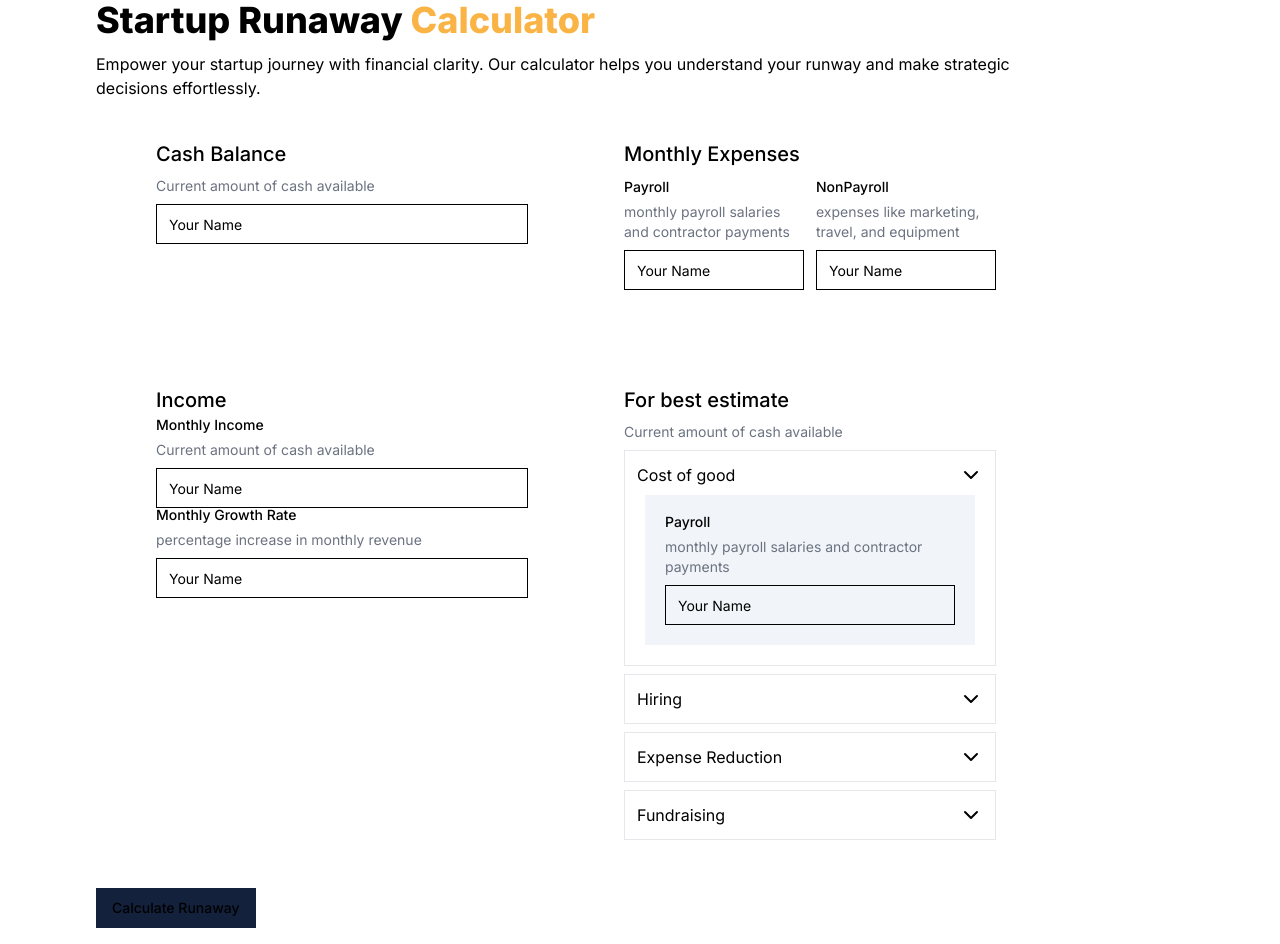
Repository: wossenF/startup-runaway-calculator
Page: /
An editor plug-in stored every save of this project. The page is shown before and after the next save, followed by the edit.
The browser window is 1280 px wide. The pictures show the whole page.
The project was rebuilt for these pictures with package versions that can differ from the ones it lists, and the page was loaded fresh each time. The framework's server and built-in components were replaced by stand-ins that run in the browser. Also part of the build but not shown: next.config.mjs.

Above is the page before, as saved 2024-04-08 14:01:32.

After the next save:
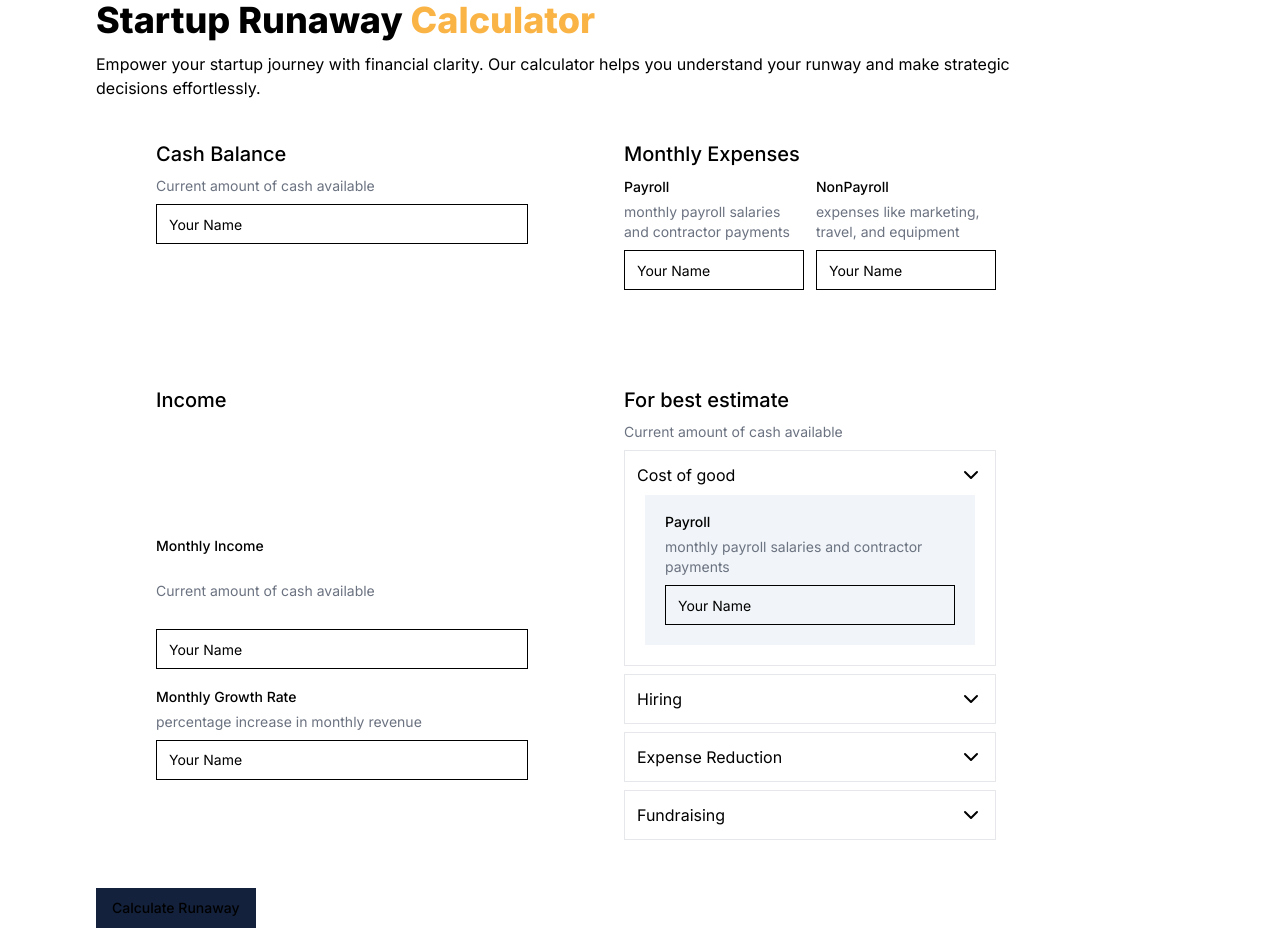
Saved 12 s later.
--- a/src/components/UserInput.tsx
+++ b/src/components/UserInput.tsx
@@ -41,7 +41,7 @@
         </div>
       </div>
 
-      <div className=" bg-secondary/50 rounded-lg p-7 flex flex-col ">
+      <div className=" bg-secondary/50 rounded-lg p-7 grid">
         <Label className="font-medium text-xl">Income</Label>
         <div className="grid  pt-1">
             <form className="grid gap-2">
